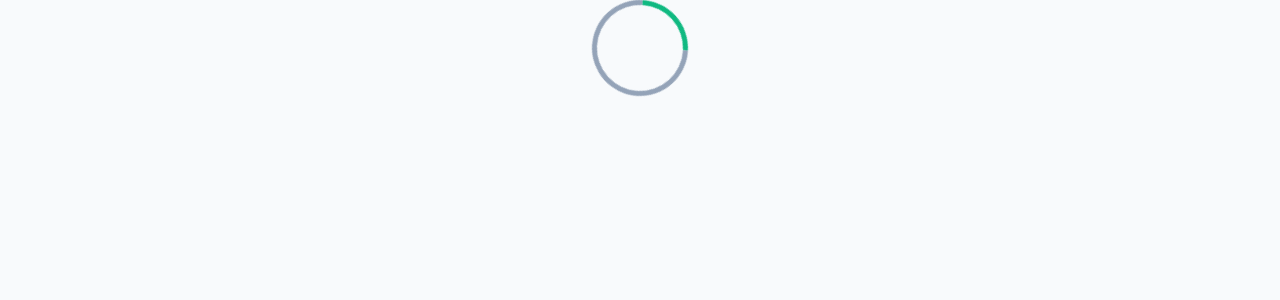
Repository: dydals3440/React-Projects
Page: / (app in 04-fundamental-projects/02-tours/starter/)
An editor plug-in stored every save of this project. The page is shown before and after the next save, followed by the edit.
The browser window is 1280 px wide. The pictures show the whole page.
The page's requests for data from a server got no answer. The project was rebuilt for these pictures with package versions that can differ from the ones it lists, and the page was loaded fresh each time. No one was signed in, and anything a server would have sent is missing. Also part of the build but not shown: 04-fundamental-projects/02-tours/starter/vite.config.js, 04-fundamental-projects/02-tours/starter/src/Tour.jsx, 04-fundamental-projects/02-tours/starter/src/Tours.jsx.

Above is the page before, as saved 2023-09-03 03:33:28.

### 04-fundamental-projects/02-tours/starter/src/App.jsx
import { useEffect } from 'react';
import { useState } from 'react';
import Loading from './Loading';
import Tours from './Tours';

const url = 'https://course-api.com/react-tours-project';

const App = () => {
  const [isLoading, setIsLoading] = useState(true);
  const [tours, setTours] = useState([]);

  const removeTour = (id) => {
    const newTours = tours.filter((tour) => id !== tour.id);
    setTours(newTours);
  };

  const fetchTours = async () => {
    setIsLoading(true);
    try {
      const response = await fetch(url);
      const tours = await response.json();
      setTours(tours);
    } catch (error) {
      console.log(error);
    }
    setIsLoading(false);
  };

  useEffect(() => {
    fetchTours();
  }, []);

  return <Loading />;

  if (isLoading) {
    return (
      <main>
        <Loading />
      </main>
    );
  }
  // TODO
  if (tours.length === 0) {
    return (
      <main>
        <div className='title'>
          <h2>No Tours Left</h2>
          <button
            type='button'
            style={{ marginTop: '2rem' }}
            className='btn'
            onClick={fetchTours}
          >
            refresh
          </button>
        </div>
      </main>
    );
  }
  return (
    <main>
      <Tours tours={tours} removeTour={removeTour} />
    </main>
  );
};
export default App;

### 04-fundamental-projects/02-tours/starter/src/index.css
/* ============= GLOBAL CSS =============== */

*,
::after,
::before {
  margin: 0;
  padding: 0;
  box-sizing: border-box;
}

html {
  font-size: 100%;
} /*16px*/

:root {
  /* colors */
  --primary-100: #d1fae5;
  --primary-200: #a7f3d0;
  --primary-300: #6ee7b7;
  --primary-400: #34d399;
  --primary-500: #10b981;
  --primary-600: #059669;
  --primary-700: #047857;
  --primary-800: #065f46;
  --primary-900: #064e3b;

  /* grey */
  --grey-50: #f8fafc;
  --grey-100: #f1f5f9;
  --grey-200: #e2e8f0;
  --grey-300: #cbd5e1;
  --grey-400: #94a3b8;
  --grey-500: #64748b;
  --grey-600: #475569;
  --grey-700: #334155;
  --grey-800: #1e293b;
  --grey-900: #0f172a;
  /* rest of the colors */
  --black: #222;
  --white: #fff;
  --red-light: #f8d7da;
  --red-dark: #842029;
  --green-light: #d1e7dd;
  --green-dark: #0f5132;

  --small-text: 0.875rem;
  --extra-small-text: 0.7em;
  /* rest of the vars */
  --backgroundColor: var(--grey-50);
  --textColor: var(--grey-900);
  --borderRadius: 0.25rem;
  --letterSpacing: 1px;
  --transition: 0.3s ease-in-out all;
  --max-width: 1120px;
  --fixed-width: 600px;

  /* box shadow*/
  --shadow-1: 0 1px 3px 0 rgba(0, 0, 0, 0.1), 0 1px 2px 0 rgba(0, 0, 0, 0.06);
  --shadow-2: 0 4px 6px -1px rgba(0, 0, 0, 0.1),
    0 2px 4px -1px rgba(0, 0, 0, 0.06);
  --shadow-3: 0 10px 15px -3px rgba(0, 0, 0, 0.1),
    0 4px 6px -2px rgba(0, 0, 0, 0.05);
  --shadow-4: 0 20px 25px -5px rgba(0, 0, 0, 0.1),
    0 10px 10px -5px rgba(0, 0, 0, 0.04);
}

body {
  background: var(--backgroundColor);
  font-family: system-ui, -apple-system, BlinkMacSystemFont, 'Segoe UI', Roboto,
    Oxygen, Ubuntu, Cantarell, 'Open Sans', 'Helvetica Neue', sans-serif;
  font-weight: 400;
  line-height: 1;
  color: var(--textColor);
}
p {
  margin: 0;
}
h1,
h2,
h3,
h4,
h5 {
  margin: 0;
  font-family: var(--headingFont);
  font-weight: 400;
  line-height: 1;
  text-transform: capitalize;
  letter-spacing: var(--letterSpacing);
}

h1 {
  font-size: 3.052rem;
}

h2 {
  font-size: 2.441rem;
}

h3 {
  font-size: 1.953rem;
}

h4 {
  font-size: 1.563rem;
}

h5 {
  font-size: 1.25rem;
}

.text {
  margin-bottom: 1.5rem;
  max-width: 40em;
}

small,
.text-small {
  font-size: var(--small-text);
}

a {
  text-decoration: none;
}
ul {
  list-style-type: none;
  padding: 0;
}

.img {
  width: 100%;
  display: block;
  object-fit: cover;
}
/* buttons */

.btn {
  cursor: pointer;
  color: var(--white);
  background: var(--primary-500);
  border: transparent;
  border-radius: var(--borderRadius);
  letter-spacing: var(--letterSpacing);
  padding: 0.375rem 0.75rem;
  box-shadow: var(--shadow-1);
  transition: var(--transition);
  text-transform: capitalize;
  display: inline-block;
}
.btn:hover {
  background: var(--primary-700);
  box-shadow: var(--shadow-3);
}
.btn-hipster {
  color: var(--primary-500);
  background: var(--primary-200);
}
.btn-hipster:hover {
  color: var(--primary-200);
  background: var(--primary-700);
}
.btn-block {
  width: 100%;
}

/* alerts */
.alert {
  padding: 0.375rem 0.75rem;
  margin-bottom: 1rem;
  border-color: transparent;
  border-radius: var(--borderRadius);
}

.alert-danger {
  color: var(--red-dark);
  background: var(--red-light);
}
.alert-success {
  color: var(--green-dark);
  background: var(--green-light);
}
/* form */

.form {
  width: 90vw;
  max-width: var(--fixed-width);
  background: var(--white);
  border-radius: var(--borderRadius);
  box-shadow: var(--shadow-2);
  padding: 2rem 2.5rem;
  margin: 3rem auto;
}
.form-label {
  display: block;
  font-size: var(--small-text);
  margin-bottom: 0.5rem;
  text-transform: capitalize;
  letter-spacing: var(--letterSpacing);
}
.form-input,
.form-textarea {
  width: 100%;
  padding: 0.375rem 0.75rem;
  border-radius: var(--borderRadius);
  background: var(--backgroundColor);
  border: 1px solid var(--grey-200);
}

.form-row {
  margin-bottom: 1rem;
}

.form-textarea {
  height: 7rem;
}
::placeholder {
  font-family: inherit;
  color: var(--grey-400);
}
.form-alert {
  color: var(--red-dark);
  letter-spacing: var(--letterSpacing);
  text-transform: capitalize;
}

/* title */

.title {
  text-align: center;
}

.title-underline {
  background: var(--primary-500);
  width: 7rem;
  height: 0.25rem;
  margin: 0 auto;
  margin-top: 1rem;
}
/* ============= PROJECT CSS =============== */

/* Loading Spinner */
@keyframes spinner {
  to {
    transform: rotate(360deg);
  }
}

.loading {
  width: 6rem;
  height: 6rem;
  border: 5px solid var(--grey-400);
  border-radius: 50%;
  margin: 0 auto;
  border-top-color: var(--primary-500);
  animation: spinner 0.6s linear infinite;
}

main {
  width: 90vw;
  max-width: var(--max-width);
}

### 04-fundamental-projects/02-tours/starter/src/Loading.jsx
import React from 'react';

export default function Loading() {
  return <div className='loading'></div>;
}

Loaded but not shown: 04-fundamental-projects/02-tours/starter/index.html (common file); 04-fundamental-projects/02-tours/starter/src/main.jsx (common file)

After the next save:
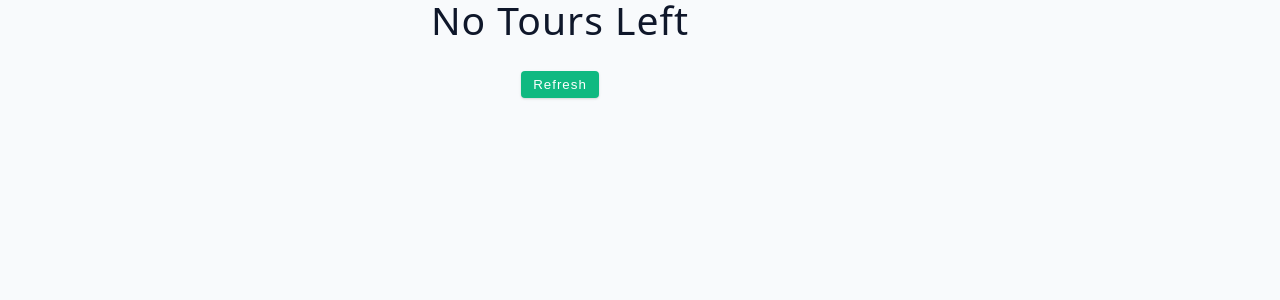
Saved 19 s later.
--- a/04-fundamental-projects/02-tours/starter/src/App.jsx
+++ b/04-fundamental-projects/02-tours/starter/src/App.jsx
@@ -29,8 +29,6 @@ const App = () => {
   useEffect(() => {
     fetchTours();
   }, []);
-
-  return <Loading />;
 
   if (isLoading) {
     return (
